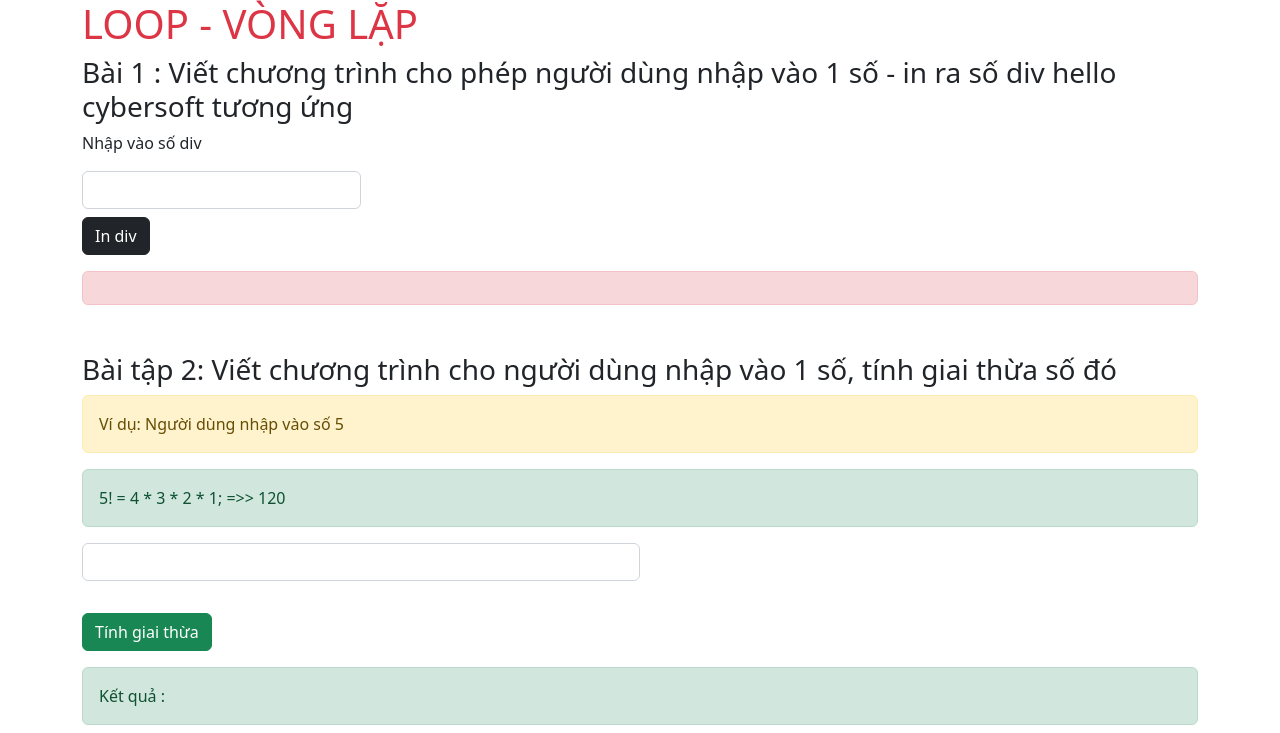
Repository: hcozyph/cyberSoft_JS_fulldocs
Page: JS_6_LOOP/index.html
The author's editor kept a copy of each file at every save. The page is drawn from the files as they stood at one save, then again after the next save.
The browser window is 1280 px wide. The pictures show the whole page.

Above is the page before, as saved 2023-02-08 20:13:59.

### JS_6_LOOP/index.html
<!DOCTYPE html>
<html lang="en">
    <head>
        <title>JS_6_LOOP</title>
        <!-- Required meta tags -->
        <meta charset="utf-8" />
        <meta
            name="viewport"
            content="width=device-width, initial-scale=1, shrink-to-fit=no"
        />

        <!-- Bootstrap CSS v5.2.1 -->
        <link
            href="https://cdn.jsdelivr.net/npm/bootstrap@5.2.1/dist/css/bootstrap.min.css"
            rel="stylesheet"
            integrity="sha384-iYQeCzEYFbKjA/T2uDLTpkwGzCiq6soy8tYaI1GyVh/UjpbCx/TYkiZhlZB6+fzT"
            crossorigin="anonymous"
        />
    </head>

    <body style="margin: 0 auto; padding: 0">
        <div class="container">
            <h1 class="text-danger" style="margin: 0 auto">LOOP - VÒNG LẶP</h1>

            <!-- BT1: Bài tập in ra số div tương ứng -->
            <h3 class="my-2">
                Bài 1 : Viết chương trình cho phép người dùng nhập vào 1 số - in
                ra số div hello cybersoft tương ứng
            </h3>

            <div class="form-group">
                <p>Nhập vào số div</p>
                <input
                    type="text"
                    name=""
                    class="form-control w-25"
                    id="so-div"
                />

                <button class="btn btn-dark my-2" id="btn-in-div">
                    In div
                </button>
            </div>

            <div class="alert alert-danger mt-2 mb-5" id="ket-qua-bai-1"></div>

            <!-- BT2: Tính giai thừa -->
            <h3>
                Bài tập 2: Viết chương trình cho người dùng nhập vào 1 số, tính giai thừa số đó
            </h3>

            <p class="alert alert-warning">
                Ví dụ: Người dùng nhập vào số 5
                <p class="alert alert-success">
                    5! = 4 * 3 * 2 * 1; =>> 120
                </p>
            </p>

            <div class="form-group">
                <input type="text" id="so-giai-thua" class="form-control w-50"> <br>
                <button class="my-2 btn btn-success" id="btn-tinh-giai-thua">Tính giai thừa</button>
            </div>

            <p class="alert alert-success my-2">
                Kết quả : <span id="ket-qua-bai-2"></span>
            </p>




        </div>

        <!-- Bootstrap JavaScript Libraries -->
        <script
            src="https://cdn.jsdelivr.net/npm/@popperjs/core@2.11.6/dist/umd/popper.min.js"
            integrity="sha384-oBqDVmMz9ATKxIep9tiCxS/Z9fNfEXiDAYTujMAeBAsjFuCZSmKbSSUnQlmh/jp3"
            crossorigin="anonymous"
        ></script>

        <script
            src="https://cdn.jsdelivr.net/npm/bootstrap@5.2.1/dist/js/bootstrap.min.js"
            integrity="sha384-7VPbUDkoPSGFnVtYi0QogXtr74QeVeeIs99Qfg5YCF+TidwNdjvaKZX19NZ/e6oz"
            crossorigin="anonymous"
        ></script>

        <script src="./JS_6/index.js"></script>
    </body>
</html>

### JS_6_LOOP/JS_6/index.js
console.log('lần1');
console.log('lần2');
console.log('lần3');
console.log('lần4');

/*
    Cấu trúc vòng lặp: Dùng để thực hiện 1 hành động được lặp đi lặp lại nhiều lần.

    //CÁC BƯỚC CẤU THÀNH VÒNG LẶP
    B1: Xác định điều kiện thay đổi trong biểu thức lặp (có 1 biến nào đó gọi là biến điều kiện)

    B2: Dựa vào biến thay đổi để thực hiện điều kiện lặp

    B3: Cài đặt xử lý trong mỗi lần lặp

    B4: Thay đổi giá trị của biến điều kiện để đến 1 lúc nào đó nó sẽ dừng

*/

////

//Bước 1: Xác định điều kiện lặp
var soLan = 0;

//Bước 2: Điều kiện lặp
while (soLan <= 5) {
    //Bước 3: xử lý
    console.log('hello CyberSoft ! lần' + soLan);

    //Bước 4: thay đổi điều kiện sau mỗi lần lặp để DỪNG
    soLan += 1;
};

////////////////////////////////////////////////////////

//BÀI 1: Bài tập in ra số div tương ứng

document.getElementById('btn-in-div').onclick = function () {

    //input: số lượng div
    var soLuongDiv = Number(document.getElementById('so-div').value);

    //output:
    var htmlOutput = '';

    //process:

    //B1: xác định điều kiện thay đổi - khai báo biến điều kiện
    var soLan = 1;

    //B2: Điều kiện lặp
    while (soLan <= soLuongDiv) {

        //B3: Xử lý mỗi lần lặp
        htmlOutput = htmlOutput + '<div>Helu</div>';

        //B4: Thay đổi điều kiện để stop loop
        soLan += 1;
    }

    //////////////////Nhớ đặt trong function//////////////
    //In output ra giao điện
    document.getElementById('ket-qua-bai-1').innerHTML = htmlOutput;
}

After the next save:
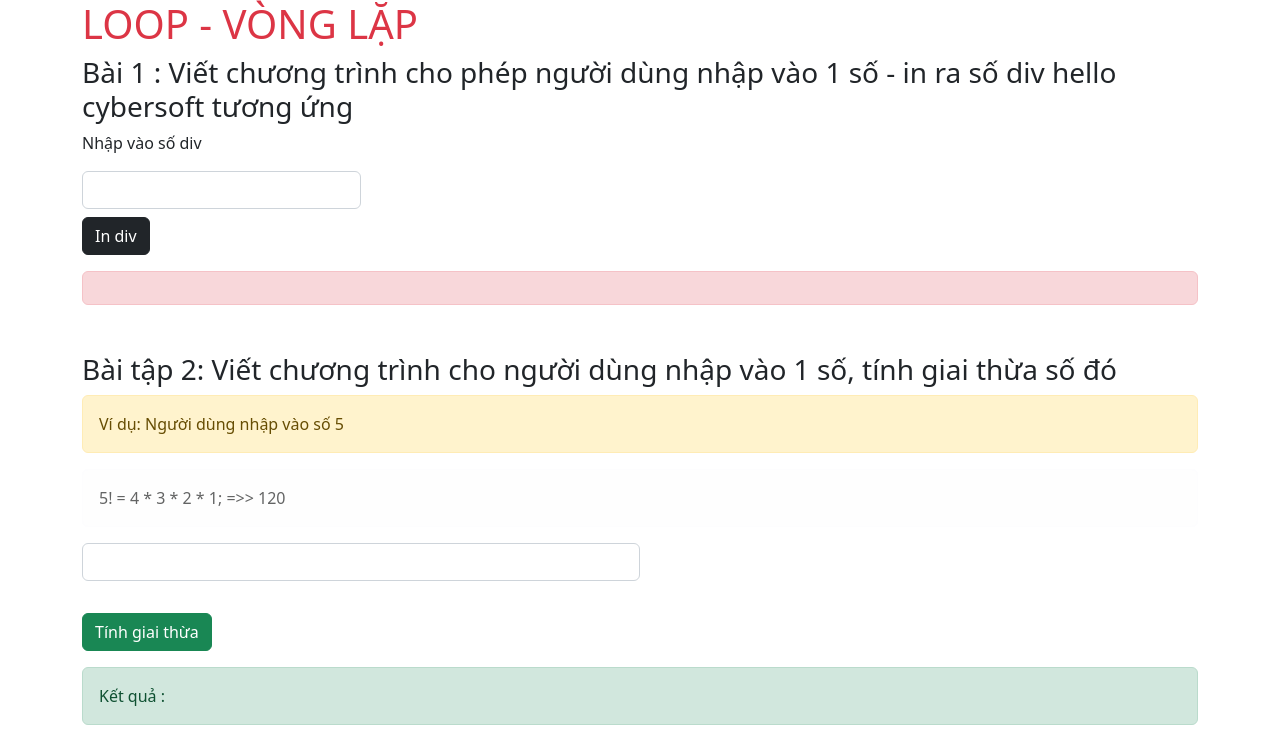
Saved 8 s later.
--- a/JS_6_LOOP/index.html
+++ b/JS_6_LOOP/index.html
@@ -51,7 +51,7 @@
 
             <p class="alert alert-warning">
                 Ví dụ: Người dùng nhập vào số 5
-                <p class="alert alert-success">
+                <p class="alert alert-light">
                     5! = 4 * 3 * 2 * 1; =>> 120
                 </p>
             </p>
